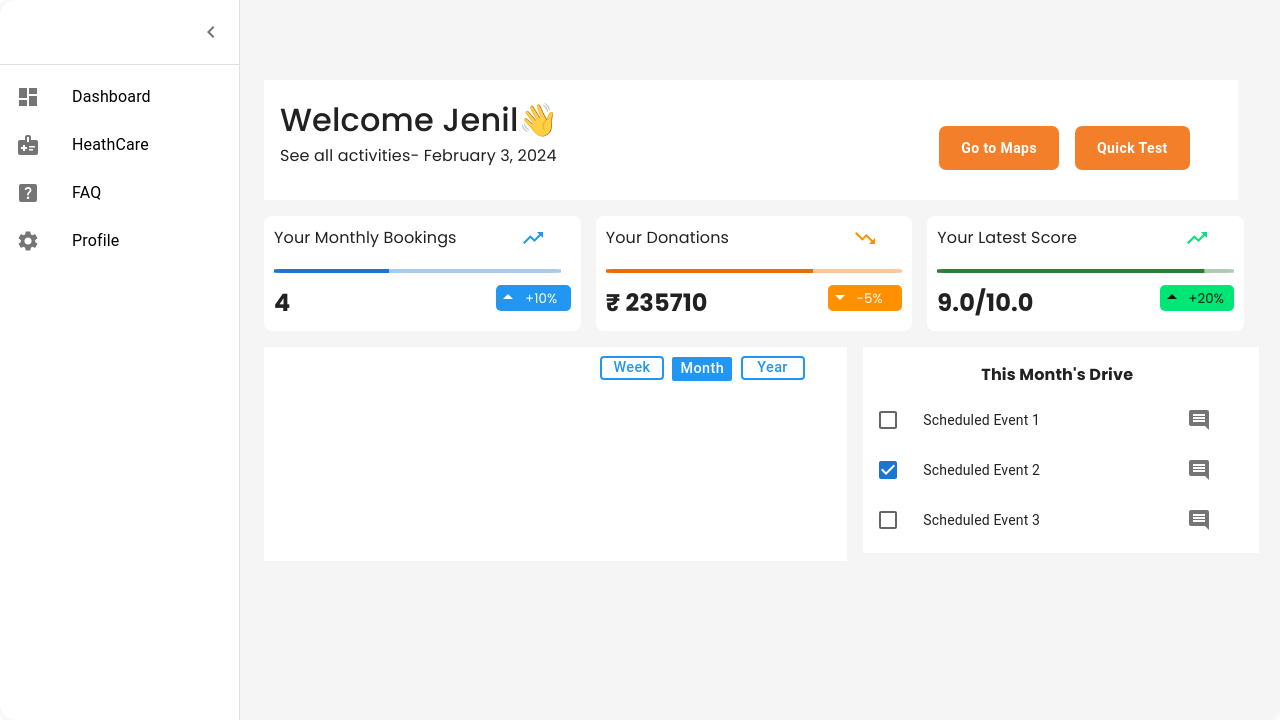
Repository: shubhampirate/Google_Solutions_Edural
Page: /dashboard
These files come from the project's save history. The page is drawn as it stood at one moment and after the next save; the edit follows.
The browser window is 1280 px wide. The pictures show the whole page.
The page's requests for data from a server got no answer. The project was rebuilt for these pictures with package versions that can differ from the ones it lists, and the page was loaded fresh each time. Some packages were replaced by stand-ins written for this rebuild. No one was signed in, and anything a server would have sent is missing. Also part of the build but not shown: src/Components/Navbar.jsx, src/Components/Footer.jsx, src/Components/CongratsCard.jsx, src/pages/Hero/Hero.jsx, src/pages/Sign_in.jsx.

Above is the page before, as saved 2024-02-03 18:04:01.

After the next save:
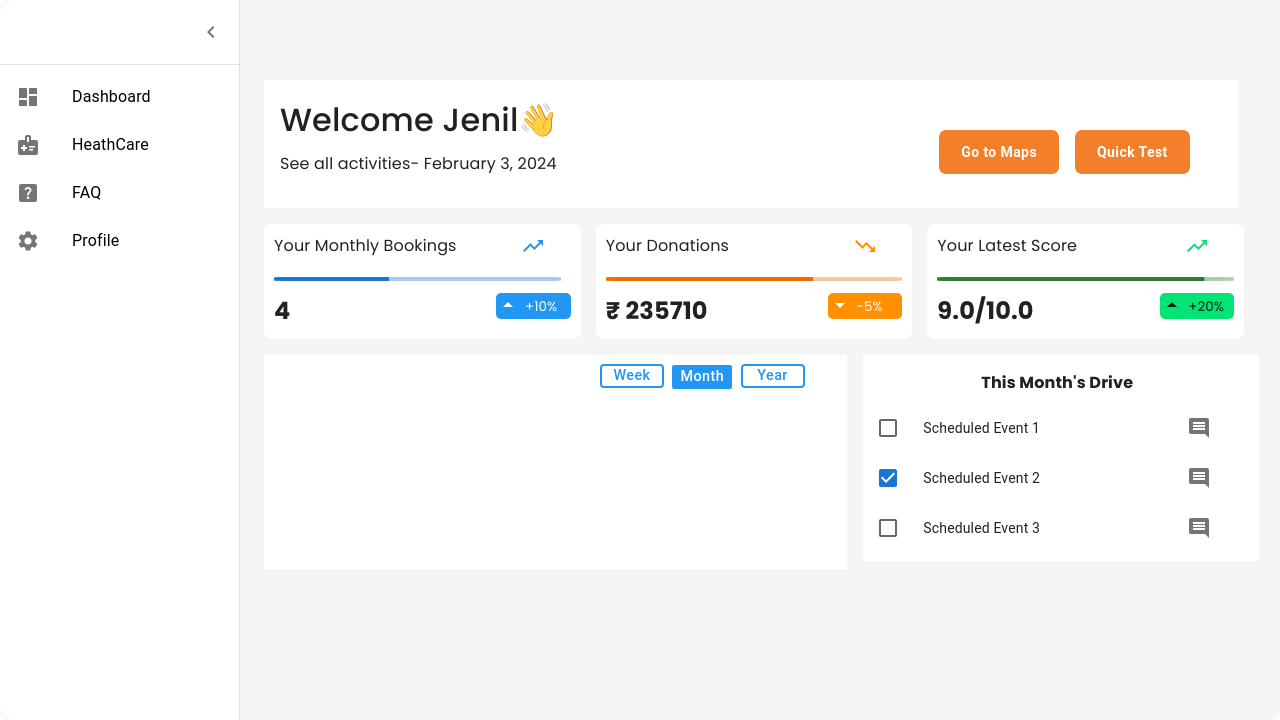
Saved 18 s later.
--- a/src/pages/Dashboard/Dashboard.jsx
+++ b/src/pages/Dashboard/Dashboard.jsx
@@ -295,7 +295,7 @@
             <div>
         <Grid container spacing={2} marginTop="1rem" paddingLeft={5}>
             <Grid item xs={6} style={{ backgroundColor: "white",paddingBottom: "2rem" }} >
-            <div style={{ fontSize: '2rem', fontWeight: '500' }}>Welcome Jenil👋</div>
+            <div style={{ fontSize: '2rem', fontWeight: '500', paddingBottom: "0.5rem" }}>Welcome Jenil👋</div>
             <div>See all activities- {formattedDate}</div>
             </Grid>
             <Grid item xs={5.5} display="flex" justifyContent="flex-end" alignItems="center" style={{ backgroundColor: "white",paddingRight: "3rem"}}>
